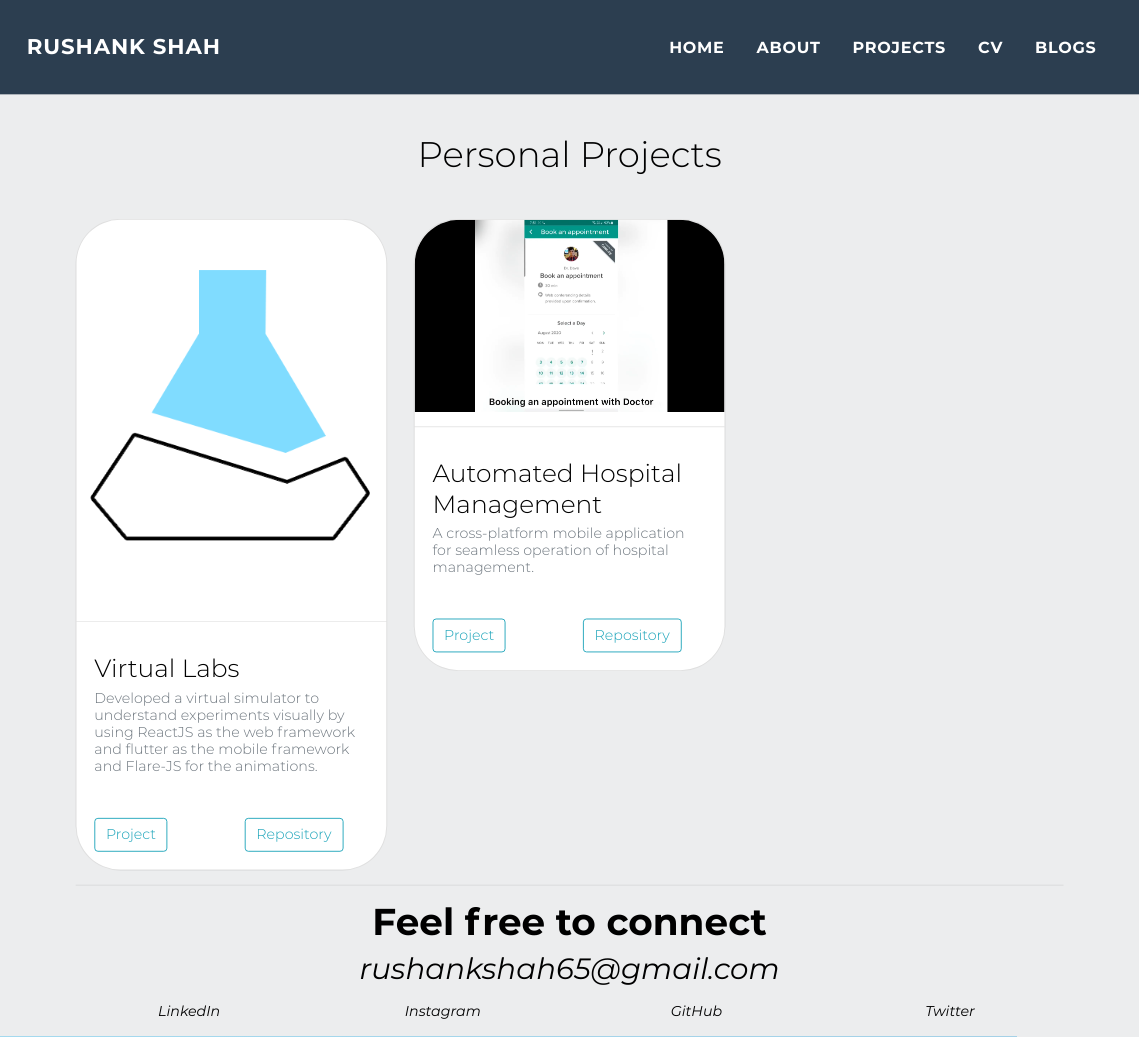
Repository: rushankshah/rushank-shah
Page: /projects
The author's editor kept a copy of each file at every save. The page is drawn from the files as they stood at one save, then again after the next save.
The browser window is 1280 px wide. The pictures show the whole page, at 89% of full size.
The project was rebuilt for these pictures with package versions that can differ from the ones it lists, and the page was loaded fresh each time. The framework's server and built-in components were replaced by stand-ins that run in the browser. Also part of the build but not shown: next.config.js.

Above is the page before, as saved 2020-12-03 01:13:17.

### pages/projects.js
import BaseLayout from '../components/layouts/BaseLayout'
import BasePage from '../components/BasePage'
import { Card, CardBody, CardImg, CardSubtitle, CardTitle, Col, Row } from 'reactstrap'


const projects = () => {
    return (
        <BaseLayout>
            <BasePage className='projects-page'>
                <h1 style={{textAlign: 'center', color: 'black'}}>Personal Projects</h1>
                <Row className='mt-5'>
                    <Col md='4'>
                        <Card className='intro custom-card'>
                            <CardImg top src="/static/images/virtual-labs-logo.png" alt="Card image cap"></CardImg>
                            <hr></hr>
                            <CardBody>
                                <CardTitle tag='h3'>
                                    Virtual Labs
                                </CardTitle>
                                <CardSubtitle tag="h6" className="mb-2 text-muted">Developed a virtual simulator to understand experiments visually by using ReactJS as the web framework and flutter as the mobile framework and Flare-JS for the animations.</CardSubtitle>
                                <Row className='mt-5'>
                                    <Col md='6'>
                                        <a className='btn btn-outline-info' target='_blank' href='http://cdac.olabs.edu.in/?sub=74&brch=31&sim=249&cnt=4'>Project</a>
                                    </Col>
                                    <Col md='6'>
                                        <a className='btn btn-outline-info' target='_blank' href='https://github.com/rushankshah/VirtualLabs-React'>Repository</a>
                                    </Col>
                                </Row>
                            </CardBody>
                        </Card>
                    </Col>
                    <Col md='4'>
                        <Card className='intro custom-card'>
                            <CardImg top src="/static/images/healthcare.png" style={{borderRadius: '50px 50px 0px 0px'}} alt="Card image cap"></CardImg>
                            <hr></hr>
                            <CardBody>
                                <CardTitle tag='h3'>
                                    Automated Hospital Management
                                </CardTitle>
                                <CardSubtitle tag="h6" className="mb-2 text-muted">A cross-platform mobile application for seamless operation of hospital management.</CardSubtitle>
                                <Row className='mt-5'>
                                    <Col md='6'>
                                        <a className='btn btn-outline-info' target='_blank' href='https://www.youtube.com/watch?v=YVA4nBIPkeM&feature=youtu.be'>Project</a>
                                    </Col>
                                    <Col md='6'>
                                        <a className='btn btn-outline-info' target='_blank' href='https://github.com/rushankshah/SecureHealth'>Repository</a>
                                    </Col>
                                </Row>
                            </CardBody>
                        </Card>
                    </Col>
                </Row>
                <hr></hr>
            </BasePage>
        </BaseLayout>
    )
}

export default projects

### styles/main.scss
@import './shared/fonts';
@import './index';
@import './header';
@import './shared/colors';
@import 'about';
@import 'projects';

html, body {
    height:100%;
    width:100%;
    font-family: 'Montserrat', 'Helvetica';
  }

.self-typed{
  font-size: 31px;
  font-weight: 500;
  letter-spacing: 2px;
  color: white;
}

.absolute {
  position: absolute;
}

.base-page {
  padding-top: 150px;
  color: white;
  background-color: #ecedee;
  min-height: 100vh;

  .page-header {
    .page-header-title {
      font-weight: 700;
      color: black;
      display: inline-block;
      margin-bottom: 20px;
    }
  }
}

.social-media:hover{
  color: #dba919;
  cursor: pointer;
}

.clickable{
  cursor: pointer;
}

### components/layouts/BaseLayout.js
import React from 'react'
import Header from '../shared/Header'

const BaseLayout = (props) => {

    const { className, children } = props

    const headerType = props.headerType || 'default'

    return (
        <div className='layout-container'>
            <Header className={`port-nav-${headerType}`} />
            <main className={`cover ${className}`}>
                <div className='wrapper'>
                    {children}
                </div>
            </main>
        </div>
    )
}

export default BaseLayout

### components/BasePage.js
import React from 'react'
import { Container } from 'reactstrap'
import Footer from './shared/Footer'

export default function BasePage(props) {
    const className = props.className || ''
    const title = props.title
    return (
        <div className={`base-page ${className}`}>
            <Container>
                {props.children}
                <Footer />
            </Container>
        </div>
    )
}

### styles/shared/_fonts.scss
@font-face {
    font-family: 'Montserrat';
    src: url('/static/fonts/2.3\ Montserrat-Regular.ttf');
    font-weight: normal;
    font-style: normal;
}

@font-face {
    font-family: 'Montserrat';
    src: url('/static/fonts/2.4\ Montserrat-Bold.ttf');
    font-weight: bold;
    font-style: normal;
}

@font-face {
    font-family: 'Montserrat';
    src: url('/static/fonts/2.2\ Montserrat-Light.ttf');
    font-weight: lighter;
    font-style: normal;
}

@font-face {
    font-family: 'Montserrat';
    src: url('/static/fonts/2.1\ Montserrat-Italic.ttf');
    font-weight: normal;
    font-style: italic;
}

### styles/_index.scss
  // ---------- Index Page CSS ------------
  .cover {
    background-image: linear-gradient(45deg,#00aeef 0%,#096fb9 100%);
    overflow: hidden;
    position: relative;
  }

  .wrapper {
    min-height: 100vh;
    min-width: 100vw;
    margin-top: 0;
    position: relative;
  }

  .main-section {
    top: 150px;
    width: 100%;
    padding: 150px 0 0;
  }

  .hero-section{
    h2 {
      color: white;
      font-weight: bold;
      margin-bottom: 10px;
    }

    perspective: 1000px;
    color: white;
    width: 400px;
    position: relative;

    &-content {
      position: absolute;
      bottom: 20px;
      width: 360px;
      left: 6%;
      z-index: 1;

      &-intro {
        font-size: 17px;
      }
    }
  }

  .image {
    width: auto;
    max-width: 100%;
  }

  .hero-welcome-text > h1 {
    color: white;
    text-transform: uppercase;
    font-size: 27px;
    margin-top: 80px;
  }

  .hero-welcome-bio {
    margin-top: 20px;
    color: white;

    .fa-stack {
      font-size: 28px;
    }

    .list-inline-item {
      > a {
        color: #373737;
      }
    }
  }

  .hero-welcome-wrapper {
    justify-content: flex-end;

  }

  @media (max-width: 991px) {
    .hero-section {
      width: 341px;
      height: 445px;

      &-content {
        width: 341px;
      }
    }

    .hero-welcome-text > h1 {
      margin-top: 0px;
    }
  }

  .background-image {
    position: absolute;
    width: 1762px;
    height: 493px;
  }

  .shadow-custom {
    width: 100%;
    height: 100%;
    position: absolute;
    top: 0;
    box-shadow: -17px 13px 41px rgba(13,78,158,0.6);
    border: 2px solid #3bace5;

    .shadow-inner {
      width: 100%;
      height: 100%;
      box-shadow: -17px 13px 13px rgba(0,0,0,0.09);
    }
  }

  .shadow-custom-2 {
    border: 2px solid #f37d49;
    box-shadow: -17px 13px 41px rgba(13,78,158,0.3);
  }

  .flipper{
    transition: 1s;
    transform-style: preserve-3d;
    position: relative;
  }

  .flipper.isFlipping{
    transform: rotateY(-180deg);
  }

  .front, .back{
    backface-visibility: hidden;
    position: absolute;
    top: 0;
    left: 0;
  }

  .cover-0 {
  }

  .cover-1 {
    background-image: linear-gradient(45deg, rgb(254, 202, 83), rgb(253, 157, 97));
  }

  .front{
    transform: rotateY(0deg);
    z-index: 9999;
  }

  .back{
    transform: rotateY(180deg);
  }

### styles/_header.scss
@import './shared/colors';
  // HEADER
  .port-navbar.port-nav-base {
    width: 100%;
    z-index: 15;
    padding: 40px;

    .port-navbar {
      &-brand {
        color: white;
        font-size: 24px;
        text-transform: uppercase;
        letter-spacing: 1px;
        font-weight: bold;
      }

      &-item {
        margin-left: 10px;
        margin-right: 10px;
      }

      &-link {
        color: white;
        font-weight: bold;
        letter-spacing: 0.8px;
        font-size: 18px;
        text-transform: uppercase;

        &.active {
        color: #dba919;
        }

        &:hover, &:focus {
          color: #dba919;
        }
      }
    }
  }

  .port-navbar.port-nav-base.port-nav-default {
    padding: 30px;
    background-color: $secondary !important;
  }

  .bg-transparent.menu-open {
    background-color: #2C3E50 !important;
  }

  .bg-transparent.menu-close {
    transition: 1s;
  }

### styles/shared/_colors.scss
$main-color-blue: #0977C0;
$main-color-red: 'red';

$navbar-orange: #dba919;
$base-page-white: #ecedee;

$white: #fff !default;
$gray-100: #f8f9fa !default;
$gray-200: #e9ecef !default;
$gray-300: #dee2e6 !default;
$gray-400: #ced4da !default;
$gray-500: #adb5bd !default;
$gray-600: #868e96 !default;
$gray-700: #495057 !default;
$gray-800: #343a40 !default;
$gray-900: #212529 !default;
$black: #000 !default;

$primary: #18BC9C !default;
$secondary: #2C3E50 !default;

$blue:    #007bff !default;
$indigo:  #6610f2 !default;
$purple:  #6f42c1 !default;
$pink:    #e83e8c !default;
$red:     #dc3545 !default;
$orange:  #fd7e14 !default;
$yellow:  #ffc107 !default;
$green:   #28a745 !default;
$teal:    #0085A1 !default;
$cyan:    #17a2b8 !default;

### styles/_about.scss
@import './shared/mixins';
.about-page {
    .left-side {
      // margin-top: 10vh;

      color: black;
      text-align: left;
    }

    .fadein {
      opacity: 0;

      @include animation(fadein 2s);
      @include animation-fill-mode(forwards);
    }

    .intro{
        color: black;
        font-weight: lighter;
    }

    .title {
      @include animation-detail(0.7s);
      font-size: 42px;
      font-weight: bold;
    }

    .subtitle {
      @include animation-detail(2.2s);
      font-size: 33px;
    }

    .subsubTitle {
      @include animation-detail(3.6s);
      font-size: 18px;
    }

    @keyframes fadein {
      from { opacity: 0; }
      to   { opacity: 1; }
    }
  }

### styles/shared/_mixins.scss
// MIXINS
@mixin background-cover() {
    -webkit-background-size: cover;
    -moz-background-size: cover;
    -o-background-size: cover;
    background-size: cover;
  }

  @mixin animation($animationType) {
    -webkit-animation: $animationType; /* Safari, Chrome and Opera > 12.1 */
       -moz-animation: $animationType; /* Firefox < 16 */
        -ms-animation: $animationType; /* Internet Explorer */
         -o-animation: $animationType; /* Opera < 12.1 */
            animation: $animationType;
  }


  @mixin animation-fill-mode($animationMode) {
    -webkit-animation-fill-mode: $animationMode;  /* this makes sure that after animation is done we remain at the last keyframe value (opacity: 1)*/
    -moz-animation-fill-mode: $animationMode;
    animation-fill-mode: $animationMode;
  }


  @mixin animation-detail($detail) {
    -webkit-animation-delay: $detail;
    -moz-animation-delay: $detail;
    animation-delay: $detail;
  }

### styles/_projects.scss
@import './shared/mixins';
.projects-page {
    .left-side {
      // margin-top: 10vh;

      color: black;
      text-align: left;
    }
    .custom-card{
      border-radius: 50px;
    }
    .custom-card:hover{
      transition: all 0.2s ease-out;
      box-shadow: 0px 4px 8px rgba(38, 38, 38, 0.2);
      top: -4px;
      border: 1px solid #cccccc;
    }
    .fadein {
      opacity: 0;

      @include animation(fadein 2s);
      @include animation-fill-mode(forwards);
    }

    .intro{
        color: black;
        font-weight: lighter;
    }

    .title {
      @include animation-detail(0.7s);
      font-size: 42px;
      font-weight: bold;
    }

    .subtitle {
      @include animation-detail(2.2s);
      font-size: 33px;
    }

    .subsubTitle {
      @include animation-detail(3.6s);
      font-size: 18px;
    }

    @keyframes fadein {
      from { opacity: 0; }
      to   { opacity: 1; }
    }
  }

### components/shared/Header.js
import { useState } from 'react'
import Link from 'next/link'
import Head from 'next/head'
import {
    Collapse,
    Navbar,
    NavbarToggler,
    NavbarBrand,
    Nav,
    NavItem
} from 'reactstrap';

const Header = (props) => {
    const [isOpen, setIsOpen] = useState(false);

    const toggle = () => setIsOpen(!isOpen);

    const className = props.className

    const menuOpenClass = isOpen ? 'menu-open' : 'menu-close'

    return (
        <div>
            <Head>
                <title>Rushank Shah</title>
                <link rel="icon" href="/static/images/R.jpg" />
                <link href="https://cdn.lineicons.com/2.0/LineIcons.css" rel="stylesheet"></link>
            </Head>
            <Navbar className={`port-navbar port-nav-base absolute ${className} ${menuOpenClass}`} color="transparent" dark expand="md">
                <NavbarBrand className='port-navbar-brand'>Rushank Shah</NavbarBrand>
                <NavbarToggler onClick={toggle} />
                <Collapse isOpen={isOpen} navbar>
                    <Nav className="ml-auto" navbar>
                        <NavItem className='port-navbar-item'>
                            <Link href='/'>
                                <a className='nav-link port-navbar-link'> Home </a>
                            </Link>
                        </NavItem>
                        <NavItem className='port-navbar-item'>
                            <Link href='/about'>
                                <a className='nav-link port-navbar-link'> About </a>
                            </Link>
                        </NavItem>
                        <NavItem className='port-navbar-item'>
                            <Link href='/projects'>
                                <a className='nav-link port-navbar-link'> Projects </a>
                            </Link>
                        </NavItem>
                        <NavItem className='port-navbar-item'>
                            <Link href='/cv'>
                                <a className='nav-link port-navbar-link'> CV </a>
                            </Link>
                        </NavItem>
                        <NavItem className='port-navbar-item'>
                            <Link href='/blogs'>
                                <a className='nav-link port-navbar-link'> Blogs </a>
                            </Link>
                        </NavItem>
                    </Nav>
                </Collapse>
            </Navbar>
        </div>
    )
}

export default Header

### components/shared/Footer.js
import { Col, Row } from "reactstrap";

export default function Footer() {
    return (
        <div>
            <div className='intro'>
                <h5 className='title' style={{ textAlign: 'center', color: 'black' }}>
                    Feel free to connect
                </h5>
                <h5 className='subtitle' style={{ textAlign: 'center', color: 'black' }}>
                    <a target='_blank' style={{ color: 'black', textDecoration: 'none' }} href='mailto:rushankshah65@gmail.com'>
                        <i className="lni lni-envelope lni-lg lni-32 social-media"> rushankshah65@gmail.com</i>
                    </a>
                </h5>
                <Row className='mt-3' style={{ textAlign: 'center', color: 'black' }}>
                    <Col md='3'>
                        <div>
                            <a target='_blank' style={{ color: 'black', textDecoration: 'none' }} href='https://www.linkedin.com/in/rushank-shah-65836b1a6/'>
                                <i className="lni lni-linkedin-original lni-lg lni-32 social-media">LinkedIn</i>
                            </a>
                        </div>
                    </Col>
                    <Col md='3'>
                        <div>
                            <a target='_blank' style={{ color: 'black', textDecoration: 'none' }} href='https://www.instagram.com/rushankshah65/'>
                                <i className="lni lni-instagram lni-lg lni-32 social-media">Instagram</i>
                            </a>
                        </div>
                    </Col>
                    <Col md='3'>
                        <div>
                            <a target='_blank' style={{ color: 'black', textDecoration: 'none' }} href='https://github.com/rushankshah'>
                                <i className="lni lni-github-original lni-lg lni-32 social-media">GitHub</i>
                            </a>
                        </div>
                    </Col>
                    <Col md='3'>
                        <div>
                            <a target='_blank' style={{ color: 'black', textDecoration: 'none' }} href='https://twitter.com/ShahRushank'>
                                <i className="lni lni-twitter-original lni-lg lni-32 social-media">Twitter</i>
                            </a>
                        </div>
                    </Col>
                </Row>
                <Row className='mt-3'>
                </Row>
            </div>
        </div>
    )
}

Loaded but not shown: pages/_app.js (common file)

After the next save:
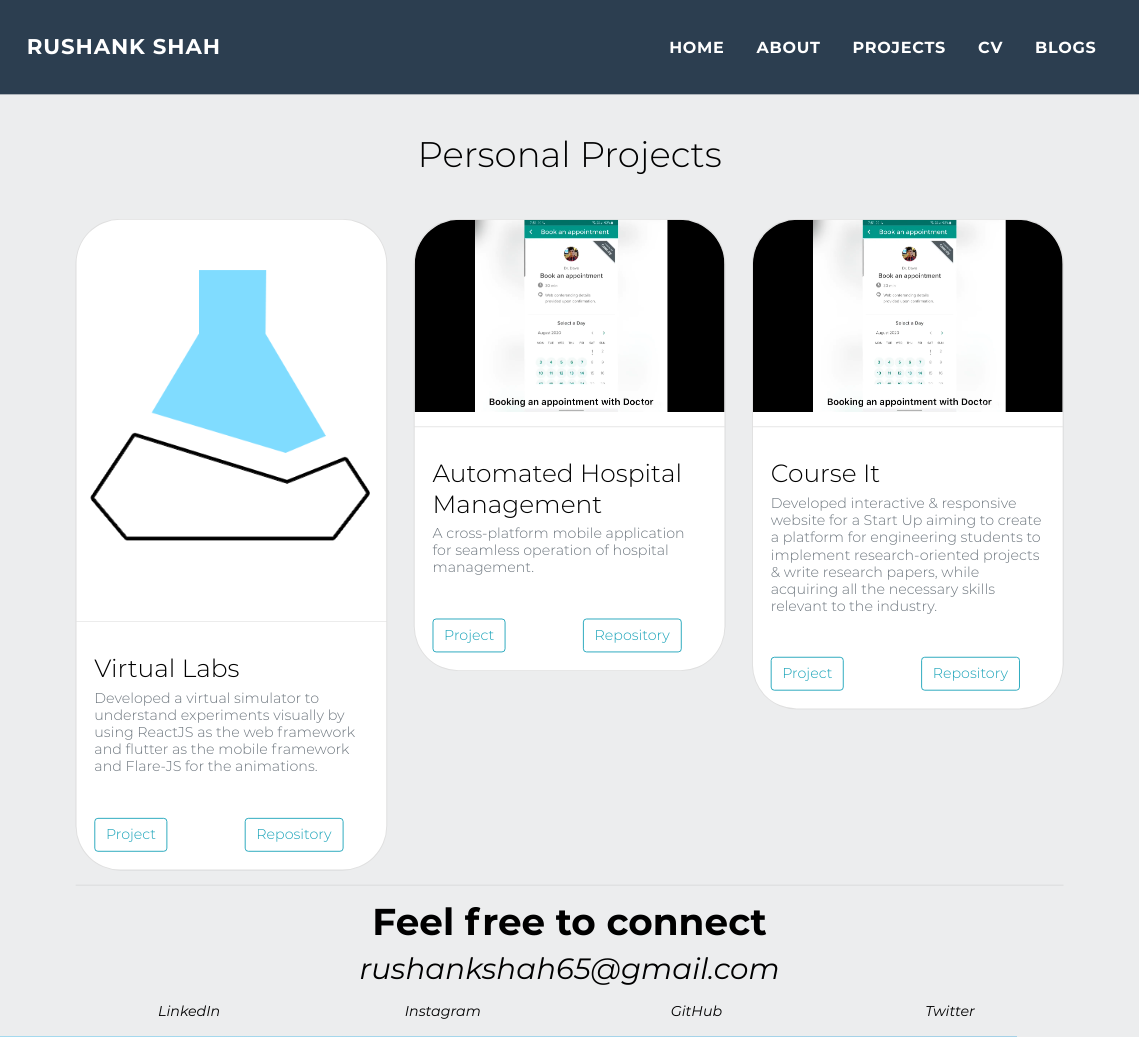
Saved 3 min 41 s later.
--- a/pages/projects.js
+++ b/pages/projects.js
@@ -49,6 +49,26 @@
                             </CardBody>
                         </Card>
                     </Col>
+                    <Col md='4'>
+                        <Card className='intro custom-card'>
+                            <CardImg top src="/static/images/healthcare.png" style={{borderRadius: '50px 50px 0px 0px'}} alt="Card image cap"></CardImg>
+                            <hr></hr>
+                            <CardBody>
+                                <CardTitle tag='h3'>
+                                    Course It
+                                </CardTitle>
+                                <CardSubtitle tag="h6" className="mb-2 text-muted">Developed interactive & responsive website for a Start Up aiming to create a platform for engineering students to implement research-oriented projects & write research papers, while acquiring all the necessary skills relevant to the industry.</CardSubtitle>
+                                <Row className='mt-5'>
+                                    <Col md='6'>
+                                        <a className='btn btn-outline-info' target='_blank' href='https://www.youtube.com/watch?v=YVA4nBIPkeM&feature=youtu.be'>Project</a>
+                                    </Col>
+                                    <Col md='6'>
+                                        <a className='btn btn-outline-info' target='_blank' href='https://github.com/rushankshah/SecureHealth'>Repository</a>
+                                    </Col>
+                                </Row>
+                            </CardBody>
+                        </Card>
+                    </Col>
                 </Row>
                 <hr></hr>
             </BasePage>
